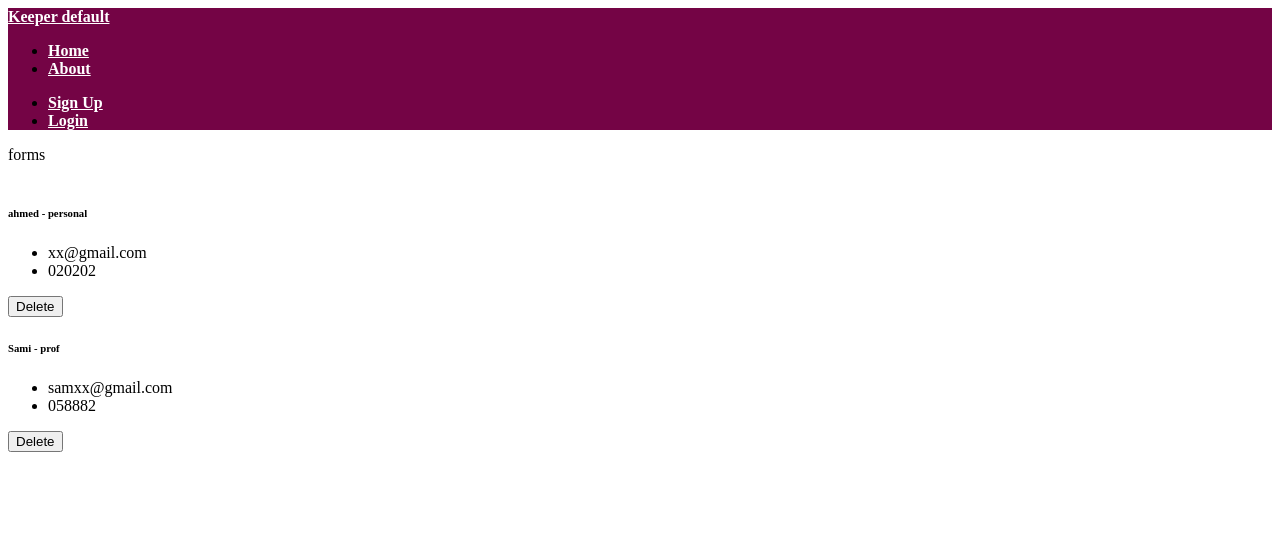
Repository: 3bdulrahman/contact-keeper
Page: / (app in client/)
An editor plug-in stored every save of this project. The page is shown before and after a run of saves, followed by the edit.
The browser window is 1280 px wide. The pictures show the whole page.
The project was rebuilt for these pictures with package versions that can differ from the ones it lists, and the page was loaded fresh each time. A package was used in the major version that the imports need, not the one package.json lists. Also part of the build but not shown: client/src/components/pages/About.js.

Above is the page before, as saved 2020-04-04 21:18:11.

After the next 2 saves:
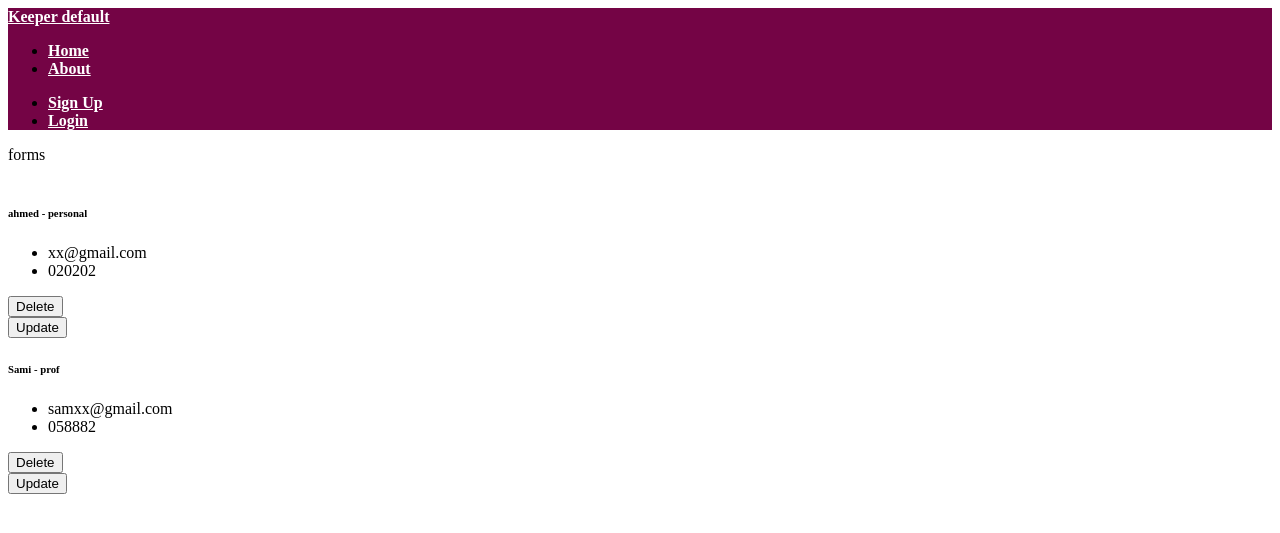
The 2 saves are shown as one change because they came seconds apart.
The last was saved 43 s later.
--- a/client/src/components/contacts/contactsItem.js
+++ b/client/src/components/contacts/contactsItem.js
@@ -16,7 +16,8 @@ import React from 'react'
                       <li><i class="fas fa-phone"></i> {phone&& <span className="label label-warning">{' '+phone}</span>}</li>
                   </ul>
               </div>
-              <div className="card-link"><button className="btn btn-danger">Delete</button> </div>
+              <div className="card-link"><button className="btn btn-danger btn-sm">Delete</button> </div>
+              <div className="card-link"><button className="btn btn-primary btn-sm">Update</button> </div>
               </div>
         </div>
     )
